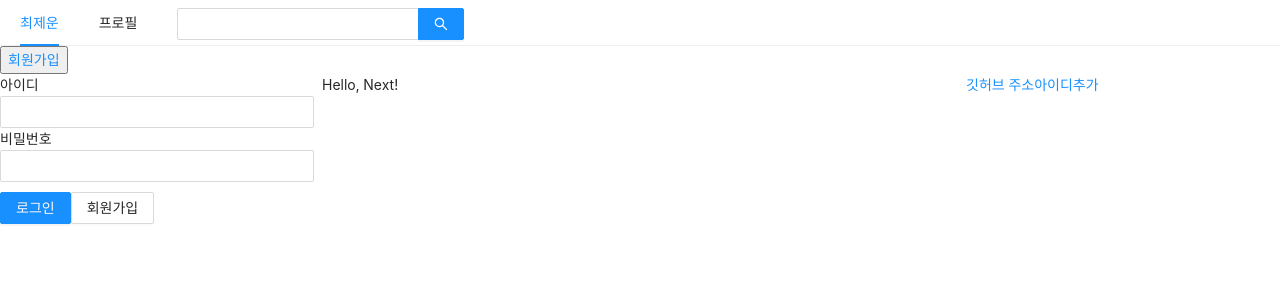
Repository: chlwpdnswku/zerochonext
Page: / (app in front/)
The author's editor kept a copy of each file at every save. The page is drawn from the files as they stood at one save, then again after a run of saves.
The browser window is 1280 px wide. The page is 1284 px wide, so the pictures cover 1284 px, including what lies to the right of the window. The pictures show the whole page.
The project was rebuilt for these pictures with package versions that can differ from the ones it lists, and the page was loaded fresh each time. The framework's server and built-in components were replaced by stand-ins that run in the browser. Also part of the build but not shown: front/components/UserProfile.js.

Above is the page before, as saved 2022-08-28 08:42:35.

### front/pages/_app.js
import React from 'react';
import Head from 'next/head';
import PropTypes from 'prop-types';
import 'antd/dist/antd.css';

const NodeBird = ({ Component }) => {
  return (
    <>
      <Head>
        <meta charSet='utf-8' />
        <title>NodeBird</title>
      </Head>
      <Component />
    </>
  );
};

NodeBird.propTypes = {
  Component: PropTypes.elementType.isRequired,
};

export default NodeBird;

### front/pages/index.js
import React from 'react';
import Head from 'next/head';
import AppLayout from '../components/AppLayout';

const Home = () => (
  <AppLayout>
    <Head>
      <title>NodeBird</title>
    </Head>
    <div>Hello, Next!</div>
  </AppLayout>
);

export default Home;

### front/components/AppLayout.js
import React, { useState } from 'react';
import Link from 'next/link';
import { Menu, Input, Button, Row, Col } from 'antd';
import PropTypes from 'prop-types';
import UserProfile from './UserProfile';
import LoginForm from './LoginForm';

function AppLayout({ children }) {
  const [login, setLogin] = useState(false);

  return (
    <div>
      <Menu mode='horizontal'>
        <Menu.Item key='home'>
          <Link href='/'>
            <a>최제운</a>
          </Link>
        </Menu.Item>
        <Menu.Item key='profile'>
          <Link href='/profile'>
            <a>프로필</a>
          </Link>
        </Menu.Item>
        <Menu.Item key='mail'>
          <Input.Search
            enterButton
            style={{
              verticalAlign: 'middle',
            }}
          />
        </Menu.Item>
      </Menu>
      <Link href='/signup'>
        <a>
          <button>회원가입</button>
        </a>
      </Link>
      <Row gutter={8}>
        <Col xs={24} md={6}>
          {/* Login 구분 */}
          {login ? <UserProfile /> : <LoginForm />}
        </Col>
        <Col xs={24} md={12}>
          {' '}
          {children}
        </Col>
        <Col xs={24} md={6}>
          <a
            href='http://www.naver.com'
            target='_blank'
            rel='noreferrer noopener'
          >
            깃허브 주소아이디추가
          </a>
        </Col>
      </Row>
    </div>
  );
}
AppLayout.propTypes = {
  children: PropTypes.node.isRequired,
};

export default AppLayout;

### front/components/LoginForm.js
import React, { useState, useCallback } from 'react';
import { Button, Form, Input } from 'antd';
import Link from 'next/link';

function LoginForm() {
  const [id, setId] = useState('');
  const [password, setPassword] = useState('');
  const [passwordCheck, setPassWordCheck] = useState('');

  //컴포넌트에 props를쓰면 useCallback
  const onSubmitForm = useCallback(() => {
    console.log({ id, password });
  }, [id, password]);

  return (
    <Form onFinish={onSubmitForm}>
      <div>
        <label htmlFor='user-id'>아이디</label>
        <br />
        <Input name='user-id' value={id} onChange={setId} required />
      </div>

      <div>
        <label htmlFor='user-password'>비밀번호</label>
        <Input
          htmlFor='user-password'
          value={password}
          onChange={setPassword}
          type='password'
          required
        />
      </div>

      <div style={{ marginTop: '10px' }}>
        <Button type='primary' htmlType='submit' loading={false}>
          로그인
        </Button>
        <Link href='/signup'>
          <a>
            <Button>회원가입</Button>
          </a>
        </Link>
      </div>
    </Form>
  );
}

export default LoginForm;

Loaded but not shown: front/pages/_document.js (common file)

After the next 2 saves:
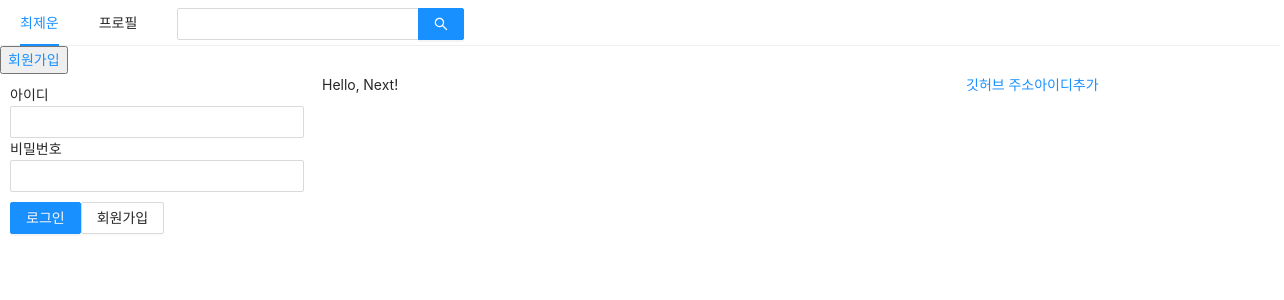
The 2 saves are shown as one change because 1 did not build or start.
The last was saved 22 s later.
--- a/front/components/LoginForm.js
+++ b/front/components/LoginForm.js
@@ -13,7 +13,7 @@ function LoginForm() {
   }, [id, password]);
 
   return (
-    <Form onFinish={onSubmitForm}>
+    <Form onFinish={onSubmitForm} style={{ padding: '10px' }}>
       <div>
         <label htmlFor='user-id'>아이디</label>
         <br />
